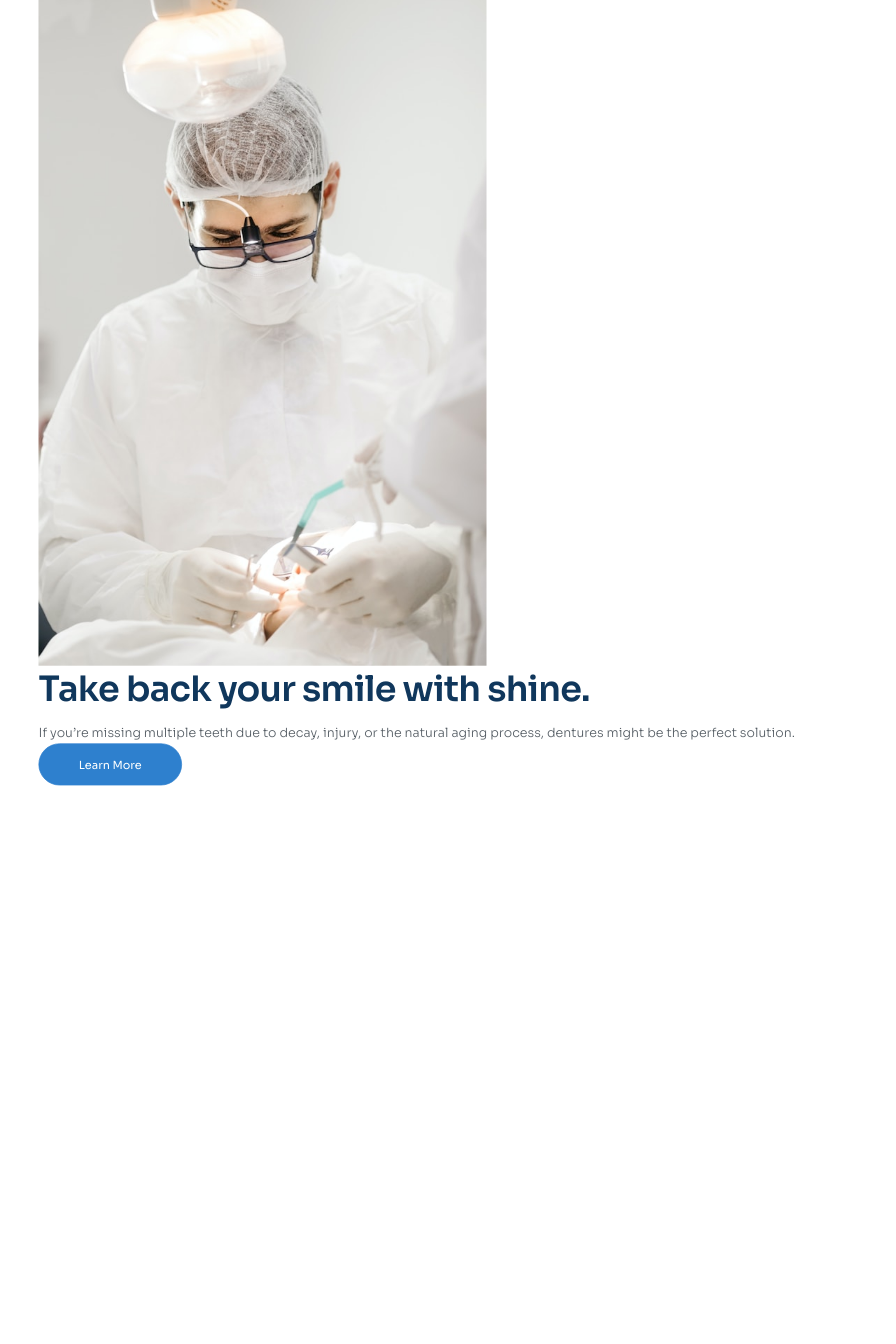
Repository: dongnguyen2112/htmlcss-project-03
Page: index.html
An editor plug-in stored every save of this project. The page is shown before and after a run of saves, followed by the edit.
The browser window is 1280 px wide. The pictures show the part of the page from y = 3800 to 5720 px (the page is 5720 px tall), at 70% of full size.

Above is the page before, as saved 2023-08-02 20:44:40.

After the next 6 saves:
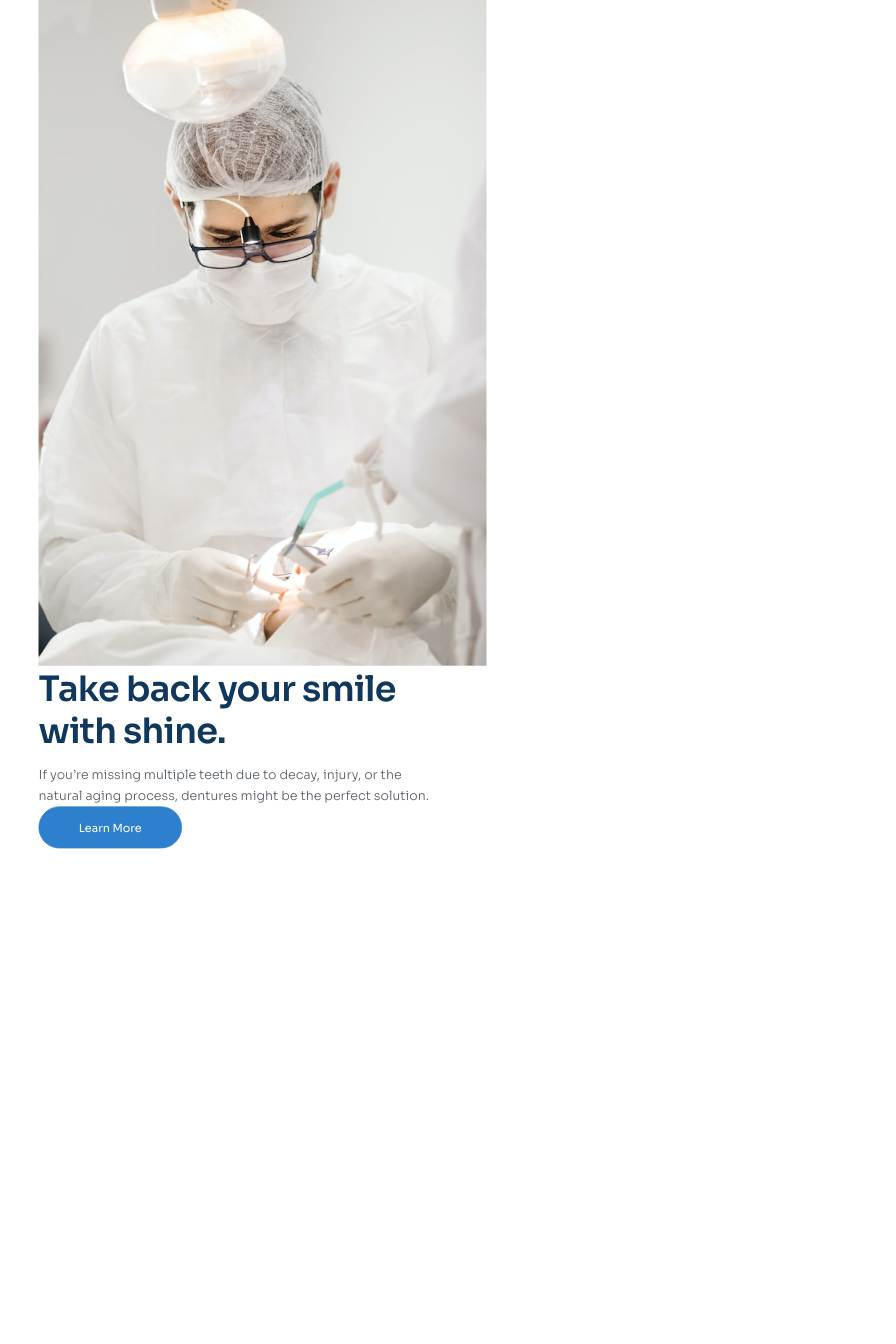
The 6 saves are shown as one change because they came seconds apart.
The last was saved 13 s later.
--- a/assets/css/styles.css
+++ b/assets/css/styles.css
@@ -329,4 +329,6 @@ a {
     margin-top: 85px;
     padding: 85px 0;
 }
-.fe
+.feature__media{
+    width: 48%;
+}
